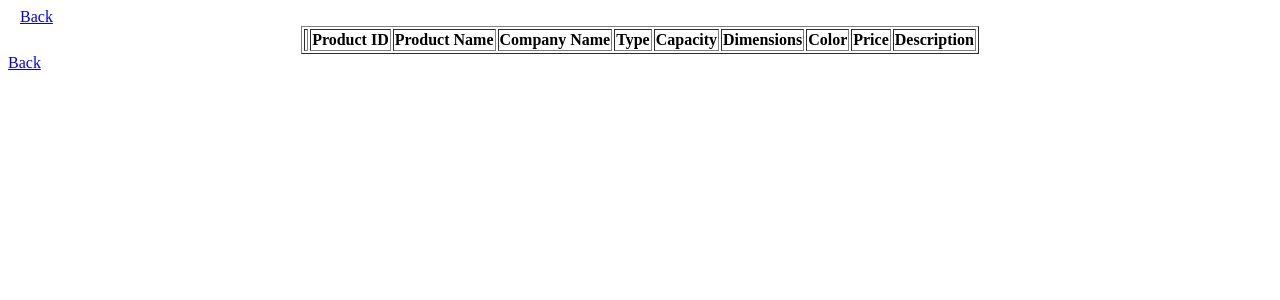
Repository: harshalsakpal/Catalog
Page: http://localhost/Catalog/pages/listFridge.jsp
These files come from the project's save history. The page is drawn as it stood at one moment and after a run of saves; the edit follows.
The browser window is 1280 px wide. The pictures show the whole page.
The page is served by Tomcat 9. Other server files are loaded and not shown.

Above is the page before, as saved 2014-05-21 08:32:25.

### Catalog/WebContent/pages/listFridge.jsp
<%@page import="java.util.ArrayList"%>
<%@page import="com.catalog.beans.FridgeBean"%>
<%@ page language="java" contentType="text/html; charset=ISO-8859-1"
	pageEncoding="ISO-8859-1"%>
<!DOCTYPE html PUBLIC "-//W3C//DTD HTML 4.01 Transitional//EN" "http://www.w3.org/TR/html4/loose.dtd">
<html>
<head>
<meta http-equiv="Content-Type" content="text/html; charset=ISO-8859-1">
<title>List of Fridges</title>
</head>
<body>
	<div align="left">
		&nbsp;&nbsp;&nbsp;<a href="home.jsp">Back</a>
	</div>
	<table border="1" align="center">
		<tr>
			<td></td>
			<td align="center"><b>Product ID </b></td>
			<td align="center"><b>Product Name</b></td>
			<td align="center"><b>Company Name</b></td>
			<td align="center"><b>Type</b></td>
			<td align="center"><b>Capacity</b></td>
			<td align="center"><b>Dimensions</b></td>
			<td align="center"><b>Color</b></td>
			<td align="center"><b>Price</b></td>
			<td align="center"><b>Description</b></td>
		</tr>
		<%
			if (session.getAttribute("fridgeBean") != null) {
				ArrayList<FridgeBean> arrayOfFridgeBean = (ArrayList<FridgeBean>) session.getAttribute("fridgeBean");

				for(int i=0;i<arrayOfFridgeBean.size();i++){
		%>
		<tr>
			<td><img src="<%=arrayOfFridgeBean.get(i).getProductURL()%>"
				width="200px 200px 200px 200px" height="300px 300px 300px 300px"
				style="border: 0" /></td>
			<td align="center"><%=arrayOfFridgeBean.get(i).getProdId()%></td>
			<td align="center"><%=arrayOfFridgeBean.get(i).getProductName()%></td>
			<td align="center"><%=arrayOfFridgeBean.get(i).getCompanyName()%></td>
			<td align="center"><%=arrayOfFridgeBean.get(i).getType()%></td>
			<td align="center"><%=arrayOfFridgeBean.get(i).getFridgeCapacity()%></td>
			<td align="center"><%=arrayOfFridgeBean.get(i).getDimensions()%></td>
			<td align="center"><%=arrayOfFridgeBean.get(i).getColor()%></td>
			<td align="center"><b> $ <%=arrayOfFridgeBean.get(i).getPrice()%> </b> </td>
			<td align="center"><%=arrayOfFridgeBean.get(i).getDescription()%></td>
		</tr>

		<%
			}

				}
		%>
	</table>
	<div align="left">
		<a href="home.jsp">Back</a> &nbsp;&nbsp;&nbsp;
	</div>
</body>

</html>

After the next 2 saves:
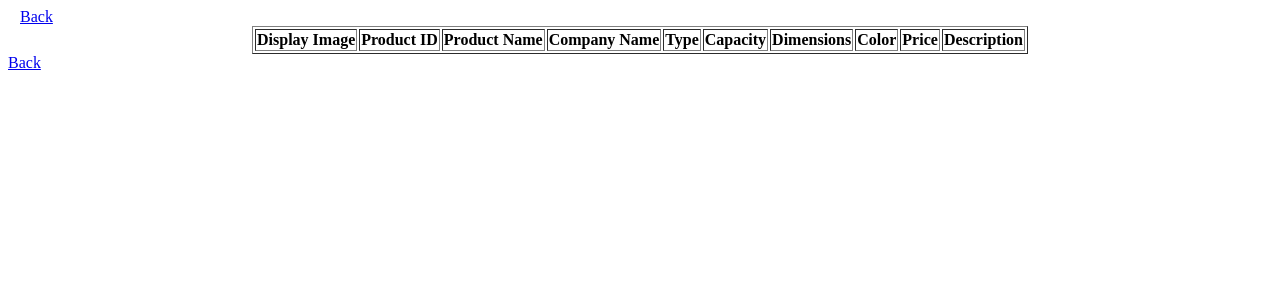
The 2 saves are shown as one change because they came seconds apart.
The last was saved 38 s later.
--- a/Catalog/WebContent/pages/listFridge.jsp
+++ b/Catalog/WebContent/pages/listFridge.jsp
@@ -14,7 +14,7 @@
 	</div>
 	<table border="1" align="center">
 		<tr>
-			<td></td>
+			<td align="center"><b>Display Image </b> </td>
 			<td align="center"><b>Product ID </b></td>
 			<td align="center"><b>Product Name</b></td>
 			<td align="center"><b>Company Name</b></td>
